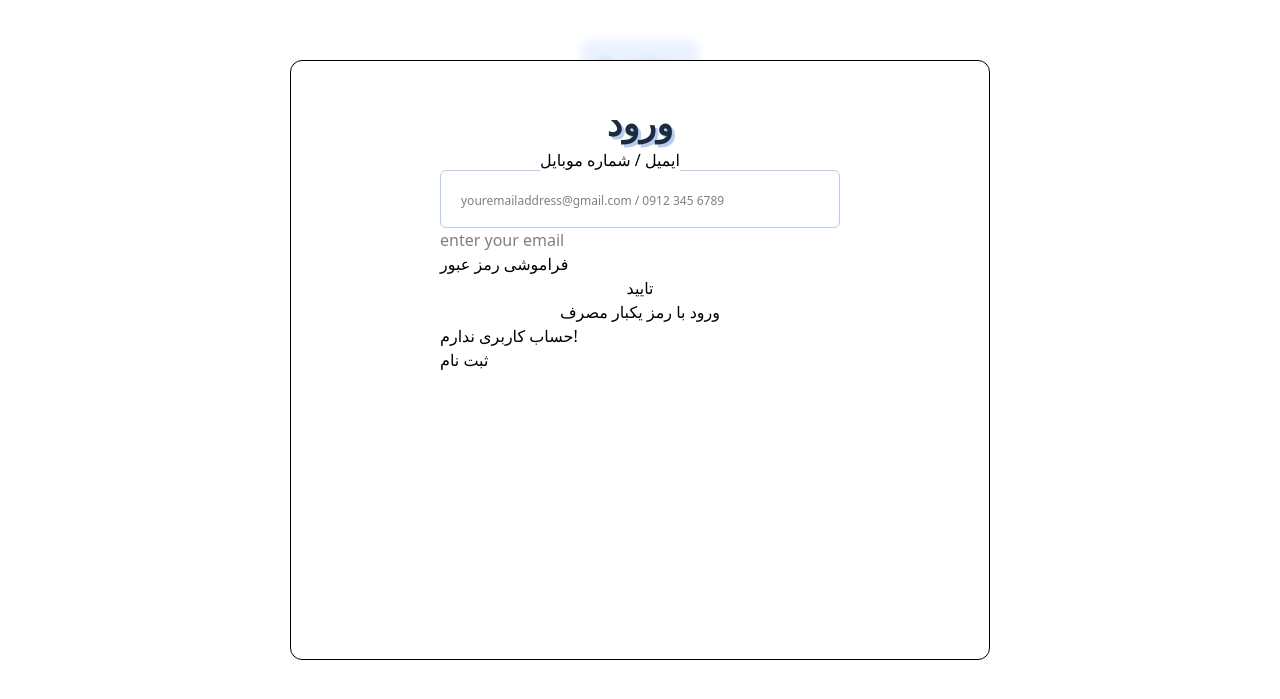
Repository: mohsenSarvariHero/AngularBase
Page: / (app in popup/), after clicking the first element matching `button.rounded-\[8px\]`
An editor plug-in stored every save of this project. The page is shown before and after the next save, followed by the edit.
The browser window is 1280 px wide. The pictures show the whole page.
The project was rebuilt for these pictures with package versions that can differ from the ones it lists, and the page was loaded fresh each time.

Above is the page before, as saved 2025-03-23 13:18:59.

After the next save:
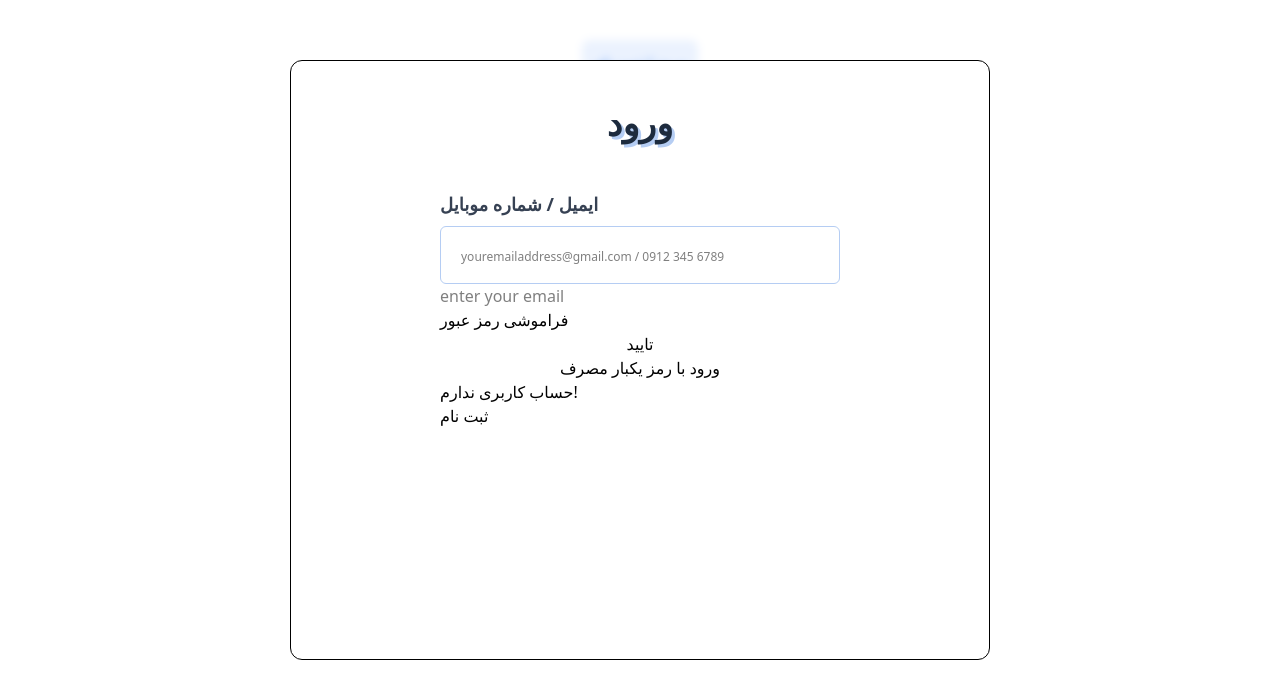
Saved 93 s later.
--- a/popup/src/popUp/PopUp.jsx
+++ b/popup/src/popUp/PopUp.jsx
@@ -58,10 +58,20 @@
         <div className="rounded-xl bg-white flex flex-col gap-5 items-center mx-4 border-1 border-black w-[700px] h-[600px] mb-5">
           <h1 className='text-[#1d2b3e] text-[35px] font-bold mt-9 ' style={{ textShadow: '3px 3px 0px #B5CDF3' }}>ورود</h1>
           <form className='flex flex-col'>
-            <div className='flex flex-col'>
-            <label className='absolute right-150 top-37 bg-white px-2x'>ایمیل / شماره موبایل</label>
-              <input type="email" placeholder="youremailaddress@gmail.com / 0912 345 6789" className='border-1 border-[#B5CDF3] rounded-md px-5 py-4 w-[400px] placeholder:text-[12px]'    required />
-            </div>
+          <div className="flex flex-col space-y-2 mt-5">
+  {/* برچسب و ورودی ایمیل/شماره موبایل */}
+  <label htmlFor="emailOrPhone" className="text-lg font-semibold text-gray-700">
+    ایمیل / شماره موبایل
+  </label>
+  <input
+    type="email"
+    id="emailOrPhone"
+    placeholder="youremailaddress@gmail.com / 0912 345 6789"
+    className="border border-[#B5CDF3] rounded-md px-5 py-4 w-[400px] placeholder:text-[12px] focus:outline-none focus:ring-2 focus:ring-[#B5CDF3] transition-all"
+    required
+  />
+</div>
+
             <input type="password" placeholder="enter your email" required />
             <a>فراموشی رمز عبور</a>
             <button type="submit">تایید</button>

After the save that followed:
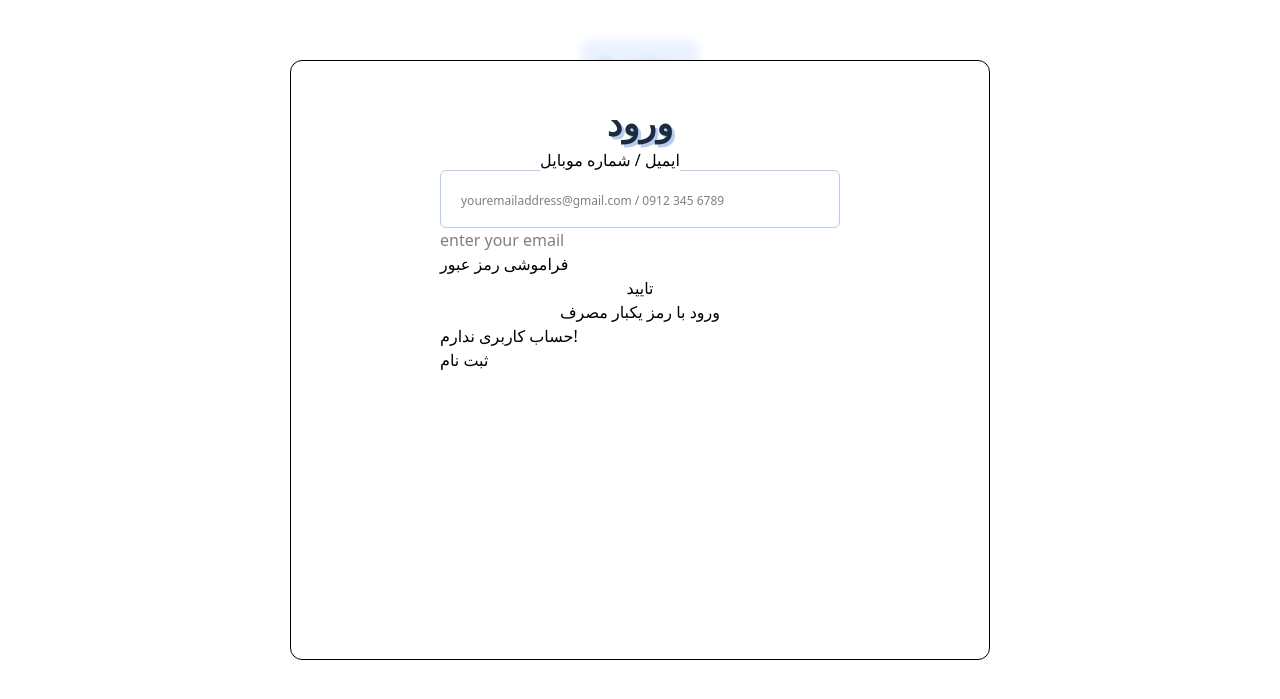
Saved 48 s later.
--- a/popup/src/popUp/PopUp.jsx
+++ b/popup/src/popUp/PopUp.jsx
@@ -58,20 +58,10 @@
         <div className="rounded-xl bg-white flex flex-col gap-5 items-center mx-4 border-1 border-black w-[700px] h-[600px] mb-5">
           <h1 className='text-[#1d2b3e] text-[35px] font-bold mt-9 ' style={{ textShadow: '3px 3px 0px #B5CDF3' }}>ورود</h1>
           <form className='flex flex-col'>
-          <div className="flex flex-col space-y-2 mt-5">
-  {/* برچسب و ورودی ایمیل/شماره موبایل */}
-  <label htmlFor="emailOrPhone" className="text-lg font-semibold text-gray-700">
-    ایمیل / شماره موبایل
-  </label>
-  <input
-    type="email"
-    id="emailOrPhone"
-    placeholder="youremailaddress@gmail.com / 0912 345 6789"
-    className="border border-[#B5CDF3] rounded-md px-5 py-4 w-[400px] placeholder:text-[12px] focus:outline-none focus:ring-2 focus:ring-[#B5CDF3] transition-all"
-    required
-  />
-</div>
-
+            <div className='flex flex-col'>
+            <label className='absolute right-150 top-37 bg-white px-2x'>ایمیل / شماره موبایل</label>
+              <input type="email" placeholder="youremailaddress@gmail.com / 0912 345 6789" className='border-1 border-[#B5CDF3] rounded-md px-5 py-4 w-[400px] placeholder:text-[12px]'    required />
+            </div>
             <input type="password" placeholder="enter your email" required />
             <a>فراموشی رمز عبور</a>
             <button type="submit">تایید</button>
